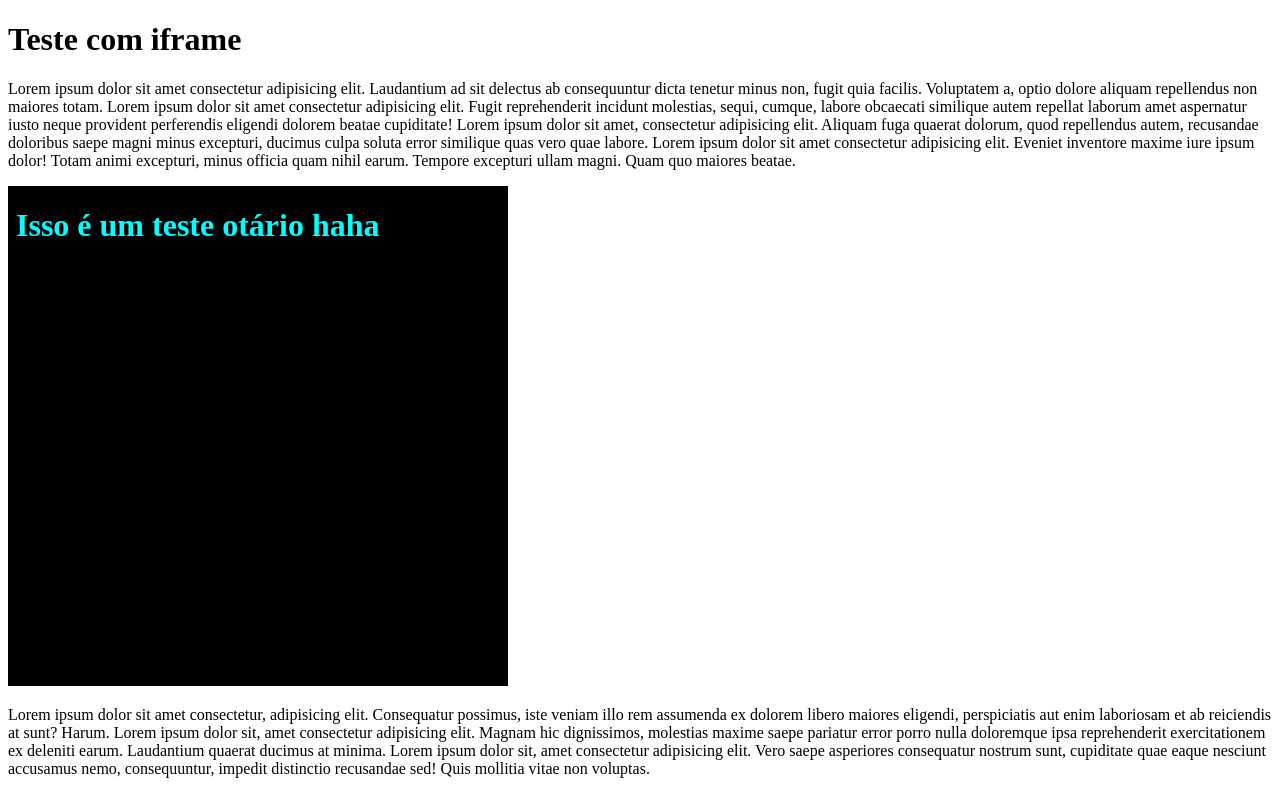
Repository: Leonngc/html-css
Page: ex024/iframe002.html
An editor plug-in stored every save of this project. The page is shown before and after a run of saves, followed by the edit.
The browser window is 1280 px wide. The pictures show the whole page.

Above is the page before, as saved 2022-11-15 18:22:26.

### ex024/iframe002.html
<!DOCTYPE html>
<html lang="pt-br">
<head>
    <meta charset="UTF-8">
    <meta http-equiv="X-UA-Compatible" content="IE=edge">
    <meta name="viewport" content="width=device-width, initial-scale=1.0">
    <title>Iframe</title>
    <style>
        iframe{
            w
        }
    </style>
</head>
<body>
    <h1>Teste com iframe</h1>
    <p>Lorem ipsum dolor sit amet consectetur adipisicing elit. Laudantium ad sit delectus ab consequuntur dicta tenetur minus non, fugit quia facilis. Voluptatem a, optio dolore aliquam repellendus non maiores totam. Lorem ipsum dolor sit amet consectetur adipisicing elit. Fugit reprehenderit incidunt molestias, sequi, cumque, labore obcaecati similique autem repellat laborum amet aspernatur iusto neque provident perferendis eligendi dolorem beatae cupiditate! Lorem ipsum dolor sit amet, consectetur adipisicing elit. Aliquam fuga quaerat dolorum, quod repellendus autem, recusandae doloribus saepe magni minus excepturi, ducimus culpa soluta error similique quas vero quae labore. Lorem ipsum dolor sit amet consectetur adipisicing elit. Eveniet inventore maxime iure ipsum dolor! Totam animi excepturi, minus officia quam nihil earum. Tempore excepturi ullam magni. Quam quo maiores beatae.</p>

    <iframe src="pag001.html" frameborder="0" width="500px" height="500px"></iframe>

    <p>Lorem ipsum dolor sit amet consectetur, adipisicing elit. Consequatur possimus, iste veniam illo rem assumenda ex dolorem libero maiores eligendi, perspiciatis aut enim laboriosam et ab reiciendis at sunt? Harum. Lorem ipsum dolor sit, amet consectetur adipisicing elit. Magnam hic dignissimos, molestias maxime saepe pariatur error porro nulla doloremque ipsa reprehenderit exercitationem ex deleniti earum. Laudantium quaerat ducimus at minima. Lorem ipsum dolor sit, amet consectetur adipisicing elit. Vero saepe asperiores consequatur nostrum sunt, cupiditate quae eaque nesciunt accusamus nemo, consequuntur, impedit distinctio recusandae sed! Quis mollitia vitae non voluptas.</p>
</body>
</html>

### ex024/pag001.html
<!DOCTYPE html>
<html lang="pt-br">
<head>
    <meta charset="UTF-8">
    <meta http-equiv="X-UA-Compatible" content="IE=edge">
    <meta name="viewport" content="width=device-width, initial-scale=1.0">
    <title>Site de teste</title>
    <style>
        body{
            background-color: black;
            color: aqua;
        }
    </style>
</head>
<body>
    <h1>Isso é um teste otário haha</h1>
</body>
</html>

After the next 3 saves:
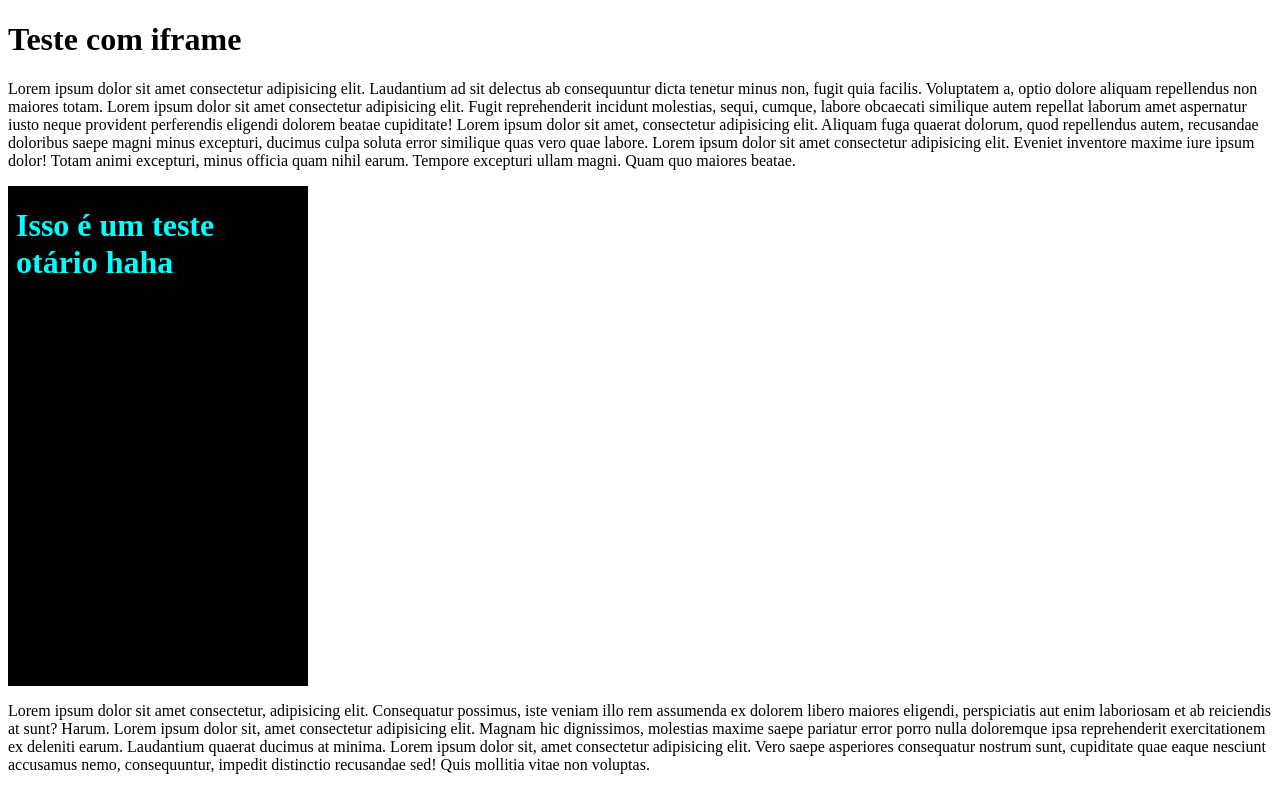
The 3 saves are shown as one change because they came seconds apart.
The last was saved 8 s later.
--- a/ex024/iframe002.html
+++ b/ex024/iframe002.html
@@ -7,7 +7,8 @@
     <title>Iframe</title>
     <style>
         iframe{
-            w
+            width: 300px;
+            display: block;
         }
     </style>
 </head>
